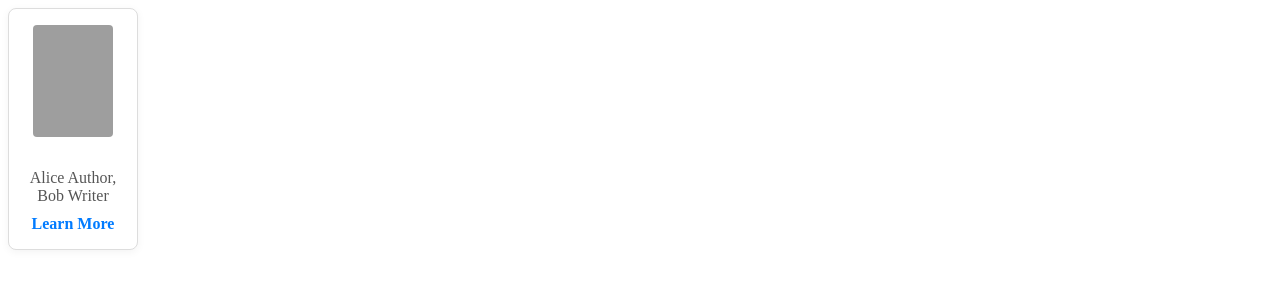
Repository: Micaelavalmores/BookCatalog
Page: /
An editor plug-in stored every save of this project. The page is shown before and after a run of saves, followed by the edit.
The browser window is 1280 px wide. The pictures show the whole page.
Pictures or frames that could not be fetched are drawn as grey boxes. The project was rebuilt for these pictures with package versions that can differ from the ones it lists, and the page was loaded fresh each time. Also part of the build but not shown: vite.config.js, src/index.css.

Above is the page before, as saved 2025-09-16 22:49:21.

### index.html
<!doctype html>
<html lang="en">
  <head>
    <meta charset="UTF-8" />
    <meta name="viewport" content="width=device-width, initial-scale=1.0" />
    <title>Book Catalog</title>
  </head>
  <body>
    <div id="root"></div>
    <script type="module" src="/src/main.jsx"></script>
  </body>
</html>

### src/main.jsx
import React from 'react';
import { createRoot } from 'react-dom/client';
import './index.css';
import Book from './assets/book.jsx';

const root = createRoot(document.getElementById("root"));

root.render(
  <React.StrictMode>
    <Book
      image="https://img.freepik.com/free-vector/stack-colorful-books_1308-171744.jpg?semt=ais_incoming&w=740&q=80"
      authors="Alice Author, Bob Writer"
      link="https://example.com/book-info"
    />
  </React.StrictMode>
);

### src/assets/book.jsx

import React from "react";
import "./book.css";

const book = ({ image, title, authors, link }) => (
  <div className="book-container">
    <img className="book-image" src={image} alt={title} />
    <div className="book-info">
      <h2 className="book-title">{title}</h2>
      <p className="book-authors">{authors}</p>
      <a className="book-link" href={link} target="_blank" rel="noopener noreferrer">
        Learn More
      </a>
    </div>
  </div>
);

export default book;

### src/assets/book.css
.book-container {
    max-width: 6em;
    border: 1px solid #ddd;
    border-radius: 8px;
    padding: 16px;
    display: flex;
    flex-direction: column;
    align-items: center;
    background: #fff;
    box-shadow: 0 2px 8px rgba(0,0,0,0.05);
  }

  .book-image {
    width: 5em;
    height: 7em;
    object-fit: cover;
    margin-bottom: 12px;
    border-radius: 4px;
  }

  .book-info {
    width: 100%;
    text-align: center;
  }


  .book-authors {
    color: #555;
    margin-bottom: 10px;
  }

  .book-link {
    display: inline-block;
    color: #007bff;
    text-decoration: none;
    font-weight: bold;
    transition: color 0.2s;
  }

  .book-link:hover {
    color: #0056b3;
  }

After the next 3 saves:
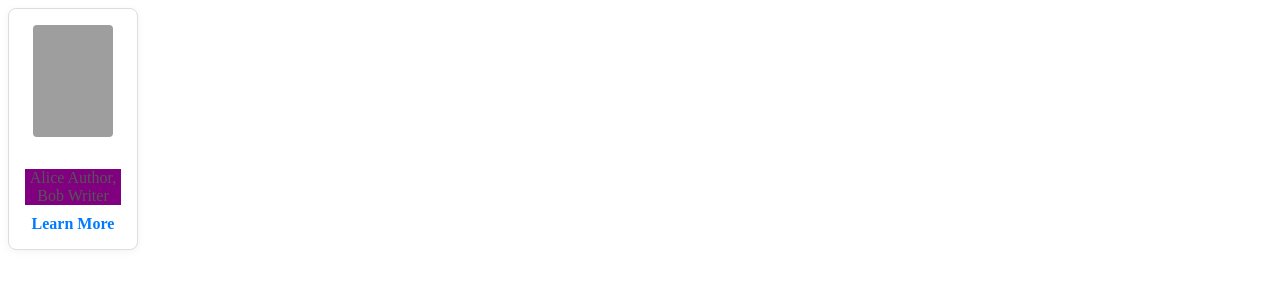
The 3 saves are shown as one change because they came seconds apart.
The last was saved 8 s later.
--- a/src/assets/book.css
+++ b/src/assets/book.css
@@ -27,6 +27,7 @@
   .book-authors {
     color: #555;
     margin-bottom: 10px;
+    background: purple;
   }
 
   .book-link {
